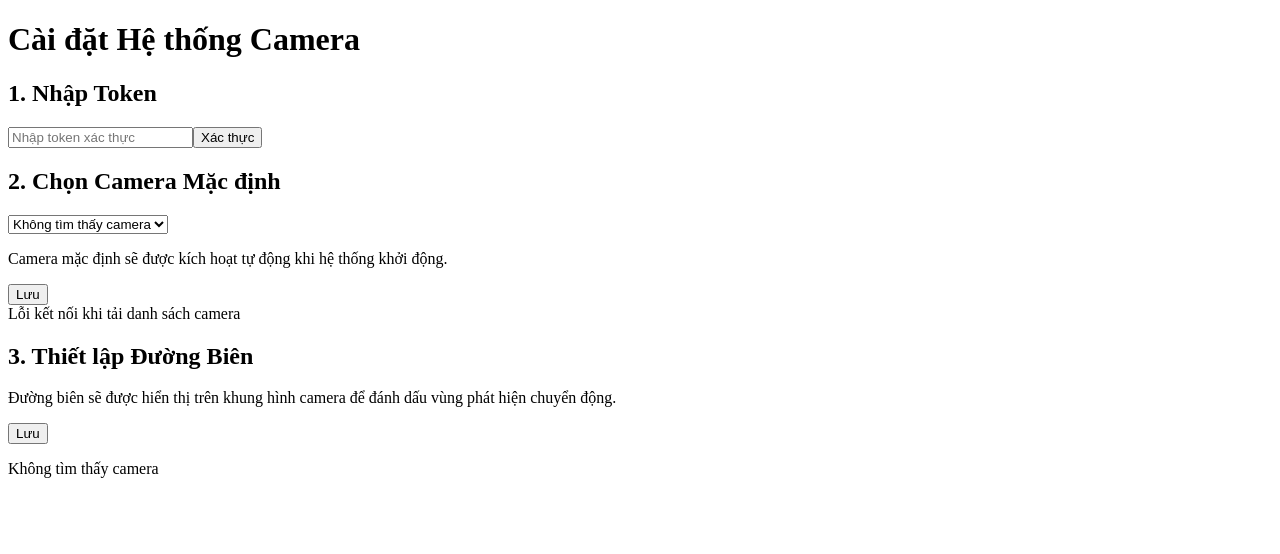
Repository: AzenKain/Traffic-Red-Light-Running-Violation-Detection
Page: /setting (app in client-web/client-web/)
An editor plug-in stored every save of this project. The page is shown before and after a run of saves, followed by the edit.
The browser window is 1280 px wide. The pictures show the whole page.
The page's requests for data from a server got no answer. The project was rebuilt for these pictures with package versions that can differ from the ones it lists, and the page was loaded fresh each time. The framework's server and built-in components were replaced by stand-ins that run in the browser. No one was signed in, and anything a server would have sent is missing. Also part of the build but not shown: client-web/client-web/src/components/draw/index.tsx.

Above is the page before, as saved 2025-03-23 02:42:33.

### client-web/client-web/src/app/setting/page.tsx
"use client";
import AnnotateImage from "@/components/draw";
import { useEffect, useState } from "react";

interface Camera {
    id: number;
    name: string;
}

export default function CameraSettings() {
    // Token state
    const [token, setToken] = useState<string>("");
    const [tokenStatus, setTokenStatus] = useState<string>("");
    const [isValidating, setIsValidating] = useState<boolean>(false);

    // Camera settings
    const [availableCameras, setAvailableCameras] = useState<Camera[]>([]);
    const [defaultCameraId, setDefaultCameraId] = useState<number>(-1);
    const [isLoadingCameras, setIsLoadingCameras] = useState<boolean>(false);
    const [cameraStatus, setCameraStatus] = useState<string>("");

    const [imageSrc, setImageSrc] = useState<string | null>(null);
    const [websocket, setWebsocket] = useState<WebSocket | null>(null);
    const [annotateImageSrc, setAnnotateImageSrc] = useState<string | null>(null);

    // Fetch available cameras on component mount
    useEffect(() => {
        fetchAvailableCameras();
    }, []);

    const validateToken = async () => {
        if (!token.trim()) {
            setTokenStatus("Token không được để trống");
            return;
        }

        setIsValidating(true);
        setTokenStatus("Đang xác thực token...");

        try {
            // Replace with your actual API endpoint
            const response = await fetch('http://localhost:8000/validate-token', {
                method: 'POST',
                headers: {
                    'Content-Type': 'application/json'
                },
                body: JSON.stringify({ token })
            });

            if (response.ok) {
                setTokenStatus("Token hợp lệ");
            } else {
                setTokenStatus("Token không hợp lệ");
            }
        } catch (error) {
            console.error('Error validating token:', error);
            setTokenStatus("Lỗi kết nối đến máy chủ");
        } finally {
            setIsValidating(false);
        }
    };


    const fetchAvailableCameras = async () => {
        setIsLoadingCameras(true);
        setCameraStatus("Đang tải danh sách camera...");

        let selected = -1
        try {
            // Replace with your actual API endpoint
            const response = await fetch('http://localhost:8000/default-camera');

            if (response.ok) {
                const data = await response.json();
                selected = Number(data.default_camera)
                setDefaultCameraId(selected);
            }
        } catch (error) {
            console.error('Error fetching cameras:', error);
            setCameraStatus("Lỗi kết nối khi lấy camera mặc định");
        }
        try {
            // Replace with your actual API endpoint
            const response = await fetch('http://localhost:8000/available-cameras');

            if (response.ok) {
                const data = await response.json();
                // Convert the data to the expected format
                const cameras = data.available_cameras.map((id: number) => ({
                    id,
                    name: `Camera ${id}`
                }));

                setAvailableCameras(cameras);

                // If cameras are available, set the first one as default
                if (cameras.length > 0 && selected === -1) {
                    setDefaultCameraId(cameras[0].id);
                    setCameraStatus(`Đã tìm thấy ${cameras.length} camera`);
                } else if (cameras.length === 0) {
                    setCameraStatus("Không tìm thấy camera nào");
                }
            } else {
                setCameraStatus("Không thể tải danh sách camera");
            }
        } catch (error) {
            console.error('Error fetching cameras:', error);
            setCameraStatus("Lỗi kết nối khi tải danh sách camera");
        } finally {
            setIsLoadingCameras(false);
        }
    };

    const saveDefaultCamera = async () => {
        setCameraStatus("Đang lưu cài đặt camera mặc định...");

        try {
            // Replace with your actual API endpoint
            const response = await fetch('http://localhost:8000/save-default-camera', {
                method: 'POST',
                headers: {
                    'Content-Type': 'application/json'
                },
                body: JSON.stringify({ camera_id: defaultCameraId })
            });

            if (response.ok) {
                setCameraStatus("Đã lưu camera mặc định thành công");
            } else {
                setCameraStatus("Không thể lưu cài đặt camera mặc định");
            }
        } catch (error) {
            console.error('Error saving default camera:', error);
            setCameraStatus("Lỗi kết nối khi lưu cài đặt camera");
        }
    };
    useEffect(() => {
        if (websocket) {
            websocket.close();
            setWebsocket(null);
            setImageSrc(null);
        }
        if (defaultCameraId === -1) return

        const ws = new WebSocket(`ws://localhost:8000/ws?camera_id=${defaultCameraId}`);
        setWebsocket(ws);

        ws.onopen = () => {
            console.log(`WebSocket connected to camera ${defaultCameraId}`);
        };

        ws.onmessage = (event) => {
            setImageSrc(`data:[embedded picture, 37 characters]);
        };

        ws.onerror = (error) => {
            console.error("WebSocket Error:", error);
        };

        ws.onclose = () => {
            console.log("WebSocket connection closed");
        };

        return () => {
            ws.close();
        };
    }, [defaultCameraId]);

    return (
        <div className="container mx-auto p-4 max-w-3xl">
            <div className="bg-white shadow-md rounded-lg overflow-hidden">
                <div className="p-6">
                    <h1 className="text-2xl font-bold text-center mb-6">Cài đặt Hệ thống Camera</h1>

                    {/* Section 1: Token Input */}
                    <div className="mb-6 p-4 border border-gray-200 rounded-md">
                        <h2 className="text-lg font-semibold mb-3">1. Nhập Token</h2>
                        <div className="flex flex-wrap gap-2">
                            <input
                                type="password"
                                className="flex-1 min-w-64 p-2 border border-gray-300 rounded-md"
                                placeholder="Nhập token xác thực"
                                value={token}
                                onChange={(e) => setToken(e.target.value)}
                                disabled={isValidating}
                            />
                            <button
                                className="px-4 py-2 bg-blue-500 text-white rounded-md hover:bg-blue-600"
                                onClick={validateToken}
                                disabled={isValidating}
                            >
                                {isValidating ? (
                                    <>
                                        <span className="inline-block animate-spin mr-2">↻</span>
                                        Đang xác thực
                                    </>
                                ) : (
                                    <>Xác thực</>
                                )}
                            </button>
                        </div>
                        {tokenStatus && (
                            <div className={`mt-2 p-2 rounded-md text-sm ${tokenStatus.includes("hợp lệ") ? 'bg-green-100 text-green-800' :
                                tokenStatus.includes("không") ? 'bg-red-100 text-red-800' :
                                    'bg-blue-100 text-blue-800'
                                }`}>
                                {tokenStatus}
                            </div>
                        )}
                    </div>

                    {/* Section 2: Default Camera Selection */}
                    <div className="mb-6 p-4 border border-gray-200 rounded-md">
                        <h2 className="text-lg font-semibold mb-3">2. Chọn Camera Mặc định</h2>
                        <div className="mb-2">
                            <select
                                className="w-full p-2 border border-gray-300 rounded-md"
                                value={defaultCameraId}
                                onChange={(e) => setDefaultCameraId(Number(e.target.value))}
                                disabled={isLoadingCameras}
                            >
                                {isLoadingCameras ? (
                                    <option value="">Đang tải danh sách camera...</option>
                                ) : availableCameras.length === 0 ? (
                                    <option value="">Không tìm thấy camera</option>
                                ) : (
                                    <>
                                        <option value="">Chọn camera mặc định</option>
                                        {availableCameras.map(camera => (
                                            <option key={camera.id} value={camera.id}>
                                                {camera.name}
                                            </option>
                                        ))}
                                    </>
                                )}
                            </select>
                        </div>

                        <div className="flex justify-between items-center mt-3">
                            <p className="text-sm text-gray-600">
                                Camera mặc định sẽ được kích hoạt tự động khi hệ thống khởi động.
                            </p>
                            <button
                                className="px-4 py-2 bg-blue-500 text-white rounded-md hover:bg-blue-600"
                                onClick={saveDefaultCamera}
                                disabled={isLoadingCameras || defaultCameraId === 0}
                            >
                                Lưu
                            </button>
                        </div>

                        {cameraStatus && (
                            <div className={`mt-2 p-2 rounded-md text-sm ${cameraStatus.includes("thành công") ? 'bg-green-100 text-green-800' :
                                cameraStatus.includes("Không") || cameraStatus.includes("Lỗi") ? 'bg-red-100 text-red-800' :
                                    'bg-blue-100 text-blue-800'
                                }`}>
                                {cameraStatus}
                            </div>
                        )}
                    </div>

                    {/* Section 3: Boundary Settings */}
                    <div className="mb-6 p-4 border border-gray-200 rounded-md">
                        <h2 className="text-lg font-semibold mb-3">3. Thiết lập Đường Biên</h2>


                        <div className="flex justify-between items-center mt-3">
                            <p className="text-sm text-gray-600">
                                Đường biên sẽ được hiển thị trên khung hình camera để đánh dấu vùng phát hiện chuyển động.
                            </p>
                            <button
                                className="px-4 py-2 bg-blue-500 text-white rounded-md hover:bg-blue-600"

                            >
                                Lưu
                            </button>
                        </div>
                        <div className="relative w-full mt-4">
                            {imageSrc ? (
                                <>
                                    <img
                                        src={imageSrc}
                                        alt="Live Stream"
                                        className="w-full h-auto rounded-lg shadow-lg"
                                    />
                                    <button
                                        className="mt-2 px-4 py-2 bg-blue-500 text-white rounded-md hover:bg-blue-600"
                                        onClick={() => setAnnotateImageSrc(imageSrc)}
                                    >
                                        Mở bảng vẽ
                                    </button>
                                </>
                            ) : (
                                <div className="flex flex-col items-center justify-center h-64 bg-base-200 rounded-lg">
                                    <span className="loading loading-spinner loading-md mb-2"></span>
                                    <p>{availableCameras.length === 0 ? "Không tìm thấy camera" : "Đang kết nối..."}</p>
                                </div>
                            )}

                            {annotateImageSrc && <AnnotateImage imageSrc={annotateImageSrc} />}
                        </div>
                    </div>
                </div>
            </div>
        </div>
    );
}

After the next 3 saves:
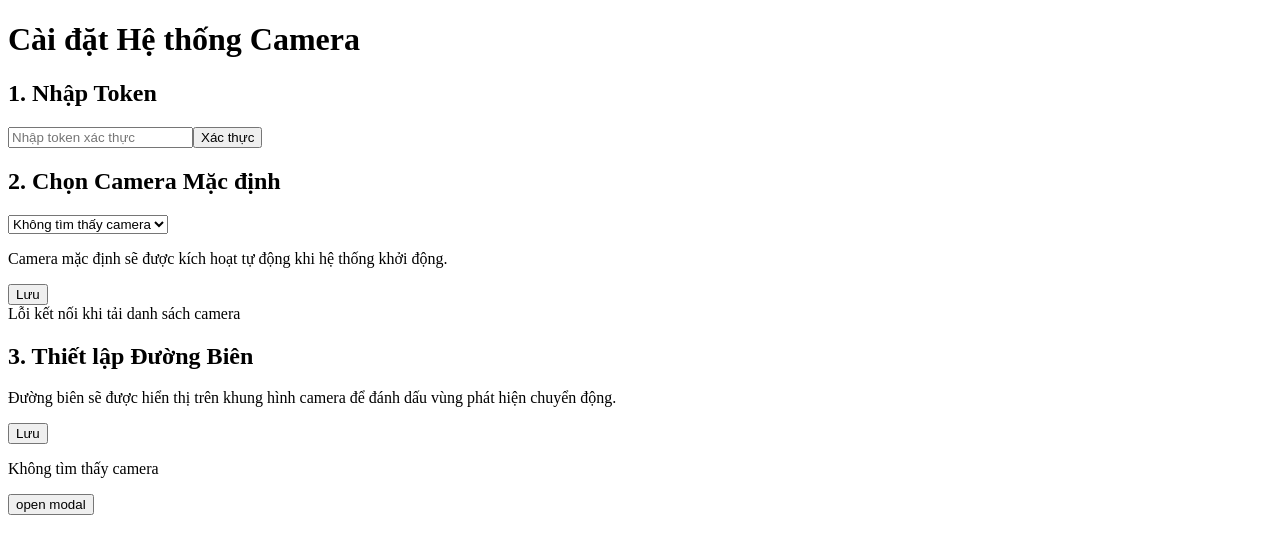
The 3 saves are shown as one change because they came seconds apart.
The last was saved 99 s later.
--- a/client-web/client-web/src/app/setting/page.tsx
+++ b/client-web/client-web/src/app/setting/page.tsx
@@ -296,7 +296,19 @@ export default function CameraSettings() {
                                     <p>{availableCameras.length === 0 ? "Không tìm thấy camera" : "Đang kết nối..."}</p>
                                 </div>
                             )}
-
+                            <button className="btn" onClick={()=>document.getElementById('my_modal_4').showModal()}>open modal</button>
+                            <dialog id="my_modal_4" className="modal">
+                            <div className="modal-box w-11/12 max-w-5xl">
+                                <h3 className="font-bold text-lg">Hello!</h3>
+                                <p className="py-4">Click the button below to close</p>
+                                <div className="modal-action">
+                                <form method="dialog">
+                                    {/* if there is a button, it will close the modal */}
+                                    <button className="btn">Close</button>
+                                </form>
+                                </div>
+                            </div>
+                            </dialog>
                             {annotateImageSrc && <AnnotateImage imageSrc={annotateImageSrc} />}
                         </div>
                     </div>
